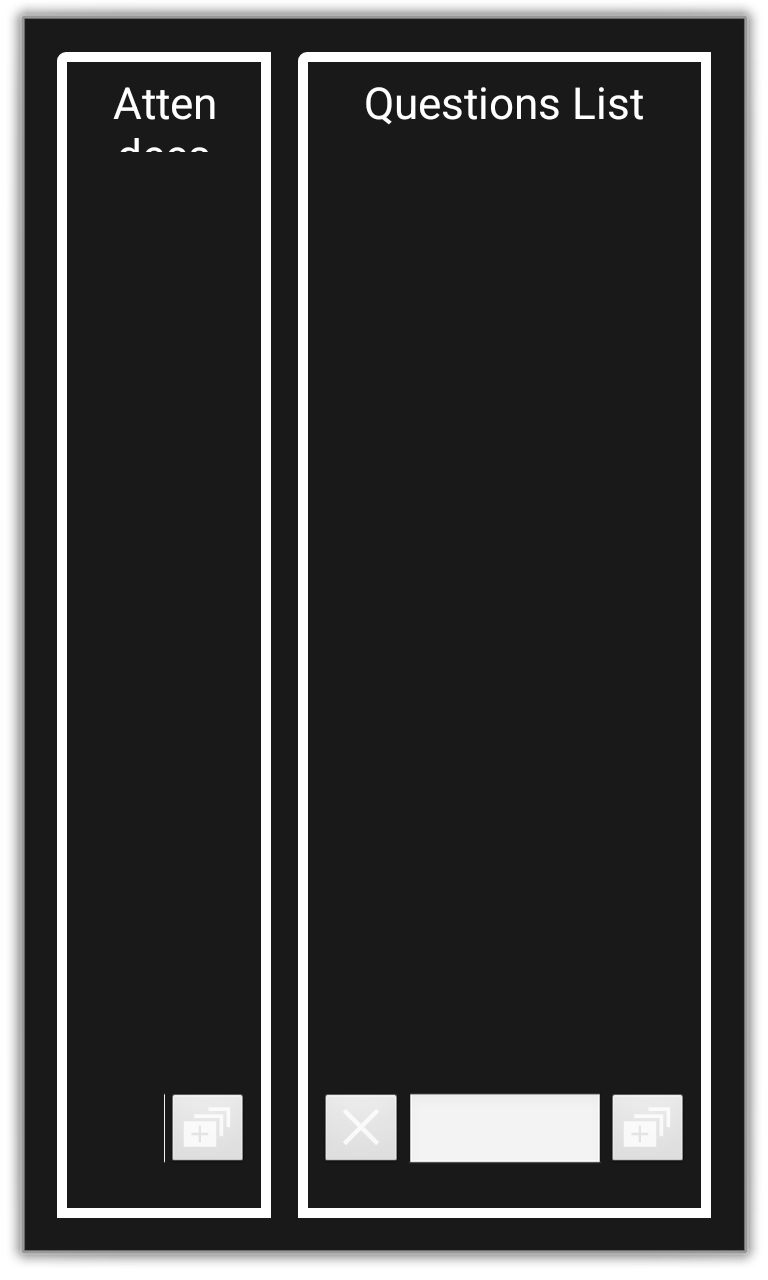
Repository: i-togui/TX
Layout: MM-Project/res/layout/activity_recorder.xml
These files come from the project's save history. The layout is drawn as it stood at one moment and after the next save; the edit follows.
It is drawn on a 768 x 1280 px phone screen (xhdpi) without system bars, with theme android:Theme.Dialog; the app's code is not run.

Above is the layout before, as saved 2013-12-31 20:39:40.

### MM-Project/res/layout/activity_recorder.xml
<LinearLayout xmlns:android="http://schemas.android.com/apk/res/android"
    xmlns:tools="http://schemas.android.com/tools"
    android:layout_width="1200dp"
    android:layout_height="600dp"
    android:paddingBottom="@dimen/activity_vertical_margin"
    android:paddingLeft="@dimen/activity_vertical_margin"
    android:paddingRight="@dimen/activity_vertical_margin"
    android:weightSum="4.0"
    android:orientation="horizontal"
    android:paddingTop="@dimen/activity_vertical_margin"
    tools:context=".RecorderActivity" >









	<LinearLayout
    android:layout_width="200dp"
    android:layout_height="fill_parent"
    android:layout_weight="1.0"
    android:weightSum="10.0"
    android:padding="10dp"
    android:background="@drawable/border"
    android:orientation="vertical" >
		<LinearLayout
	    android:layout_width="fill_parent"
	    android:layout_height="40dp"
	    android:orientation="horizontal" >
	    	<TextView
            android:id="@+id/textView2"
            android:layout_width="wrap_content"
            android:layout_height="wrap_content"
            android:layout_gravity="center_horizontal"
            android:gravity="center_horizontal"
            android:layout_weight="1.0"
            android:text="Attendees List"
            android:textAppearance="?android:attr/textAppearanceLarge"/>
		</LinearLayout>
		<LinearLayout
	    android:layout_width="fill_parent"
	    android:layout_height="470dp"
	    android:orientation="horizontal" >
	    	<RadioGroup
			android:id="@+id/items_list_attendees"
			android:layout_width="wrap_content"
			android:layout_height="match_parent"
			android:layout_marginBottom="10dp"
			android:layout_marginTop="10dp"
			android:layout_marginLeft="40dp"
			android:gravity="center_vertical"
			android:layout_gravity="center_vertical"
			/>
		</LinearLayout>
		<LinearLayout
	    android:layout_width="fill_parent"
	    android:layout_height="40dp"
	    android:weightSum="10.0"
	    android:orientation="horizontal">
	            <ImageButton
		        android:id="@+id/imageButtonremove"
		        android:layout_width="wrap_content"
		        android:layout_height="wrap_content"
		        android:layout_weight="1.0"
		        android:src="@drawable/ic_action_remove"
		        android:visibility="invisible"
		        android:onClick="removeAttendee" />
	    		<EditText
                android:id="@+id/text_attendee"
                android:layout_weight="8.0"
                android:layout_width="match_parent"
                android:layout_height="wrap_content"
                />
                <ImageButton
		        android:id="@+id/imageButton2"
		        android:layout_width="wrap_content"
		        android:layout_height="wrap_content"
		        android:layout_weight="1.0"
		        android:src="@drawable/ic_action_add_to_queue"
		        android:onClick="addAttendee" />
		</LinearLayout>
	</LinearLayout>












	<LinearLayout
    android:layout_width="200dp"
    android:layout_height="550dp"
    android:layout_weight="2.0"
    android:padding="10dp"
    android:orientation="vertical">
		<LinearLayout
	    android:layout_width="fill_parent"
	    android:layout_height="250dp"
	    android:layout_weight="1.0"
	    android:orientation="vertical">
            <TextView
            android:id="@+id/meeting_name"
            android:layout_width="wrap_content"
            android:layout_height="wrap_content"
            android:layout_gravity="center_horizontal"
            android:gravity="center_horizontal"
            android:layout_weight="1.0"
            android:text="Meeting Name"
            android:textSize="30sp"
            android:textAppearance="?android:attr/textAppearanceLarge"/>
            <ImageView
		    android:layout_width="200dp"
	        android:layout_height="150dp"
	        android:layout_weight="1.0"
	        android:layout_gravity="center_horizontal"
            android:gravity="center_horizontal"
	        android:src="@drawable/play"
	        android:id="@+id/imgView"
	        android:onClick="playOrStop"/>
            <Chronometer
	        android:id="@+id/chronometer"
	        android:layout_gravity="center_horizontal"
            android:gravity="center_horizontal"
	        android:format="%s"
	        android:layout_width="wrap_content"
	        android:layout_height="wrap_content"
	        android:textSize="40sp"/>
		</LinearLayout>
		<LinearLayout
	    android:layout_width="fill_parent"
	    android:layout_height="300dp"
	    android:layout_weight="1.0"
	    android:background="@color/whitegreyy"
	    android:orientation="horizontal">
                 <EditText
                 android:id="@+id/text_com"
                 android:layout_width="fill_parent"
                 android:layout_height="fill_parent"
                 android:gravity="top"
                  />
		</LinearLayout>
	</LinearLayout>













	<LinearLayout
    android:layout_width="300dp"
    android:layout_height="fill_parent"
    android:layout_weight="1.0"
    android:padding="10dp"
    android:background="@drawable/border"
    android:orientation="vertical">
	<LinearLayout
	    android:layout_width="fill_parent"
	    android:layout_height="40dp"
	    android:orientation="horizontal" >
	    	<TextView
            android:id="@+id/textView2"
            android:layout_width="wrap_content"
            android:layout_height="wrap_content"
            android:layout_gravity="center_horizontal"
            android:gravity="center_horizontal"
            android:layout_weight="1.0"
            android:text="Questions List"
            android:textAppearance="?android:attr/textAppearanceLarge"/>
		</LinearLayout>
		<LinearLayout
	    android:layout_width="fill_parent"
	    android:layout_height="470dp"
	    android:clickable="false"
		android:focusable="false"
	    android:orientation="horizontal" >
	    	<RadioGroup
			android:id="@+id/items_list_Questions"
			android:layout_width="wrap_content"
			android:layout_height="match_parent"
			android:layout_marginBottom="10dp"
			android:layout_marginTop="10dp"
			android:layout_marginLeft="40dp"
			android:gravity="center_vertical"
			android:layout_gravity="center_vertical"
			/>
		</LinearLayout>
		<LinearLayout
	    android:layout_width="fill_parent"
	    android:layout_height="40dp"
	    android:weightSum="10.0"
	    android:orientation="horizontal">
	            <ImageButton
		        android:id="@+id/imageButton1"
		        android:layout_width="wrap_content"
		        android:layout_height="wrap_content"
		        android:layout_weight="1.0"
		        android:src="@drawable/ic_action_remove"
		        android:onClick="removeQuestion" />
	    		<EditText
                android:id="@+id/text_question"
                android:layout_weight="8.0"
                android:layout_width="match_parent"
                android:layout_height="wrap_content"
                />
                <ImageButton
		        android:id="@+id/imageButton2"
		        android:layout_width="wrap_content"
		        android:layout_height="wrap_content"
		        android:layout_weight="1.0"
		        android:src="@drawable/ic_action_add_to_queue"
		        android:onClick="addQuestion" />
		</LinearLayout>

	</LinearLayout>

</LinearLayout>

### MM-Project/res/drawable/border.xml
<?xml version="1.0" encoding="utf-8"?>
<shape xmlns:android="http://schemas.android.com/apk/res/android"
       android:shape="rectangle">
   <stroke
        android:width="5dip"
        android:color="@android:color/white" />
    <corners
      android:radius="2dp"
      android:topRightRadius="0dp"
      android:bottomRightRadius="0dp"
      android:bottomLeftRadius="0dp" />
</shape>

### MM-Project/res/values/styles.xml
<?xml version="1.0" encoding="utf-8"?>
<resources>

    <!--
        Base application theme, dependent on API level. This theme is replaced
        by AppBaseTheme from res/values-vXX/styles.xml on newer devices.
    -->
    <style name="AppBaseTheme" parent="android:Theme.Light">
        <!--
            Theme customizations available in newer API levels can go in
            res/values-vXX/styles.xml, while customizations related to
            backward-compatibility can go here.
        -->
    </style>

    <!-- Application theme. -->
    <style name="AppTheme" parent="AppBaseTheme">
        <!-- All customizations that are NOT specific to a particular API-level can go here. -->
    </style>

    <color name="black">#FF000000</color>
    <color name="whitegrey">#FF444444</color>
    <color name="whitegreyy">#FFFFFFFF</color>
    <color name="blue">#FF0000FF</color>

    <style name="dialog_light" parent="@android:style/Theme.Dialog">
        <item name="@android:windowBackground">@color/whitegrey</item>
        <item name="@android:textColor">@color/black</item>
    </style>

    <style name="LoginFormContainer">
        <item name="android:layout_width">match_parent</item>
        <item name="android:layout_height">wrap_content</item>
        <item name="android:padding">16dp</item>
    </style>

</resources>

Loaded but not shown: MM-Project/res/values/dimens.xml (common file)

After the next save:
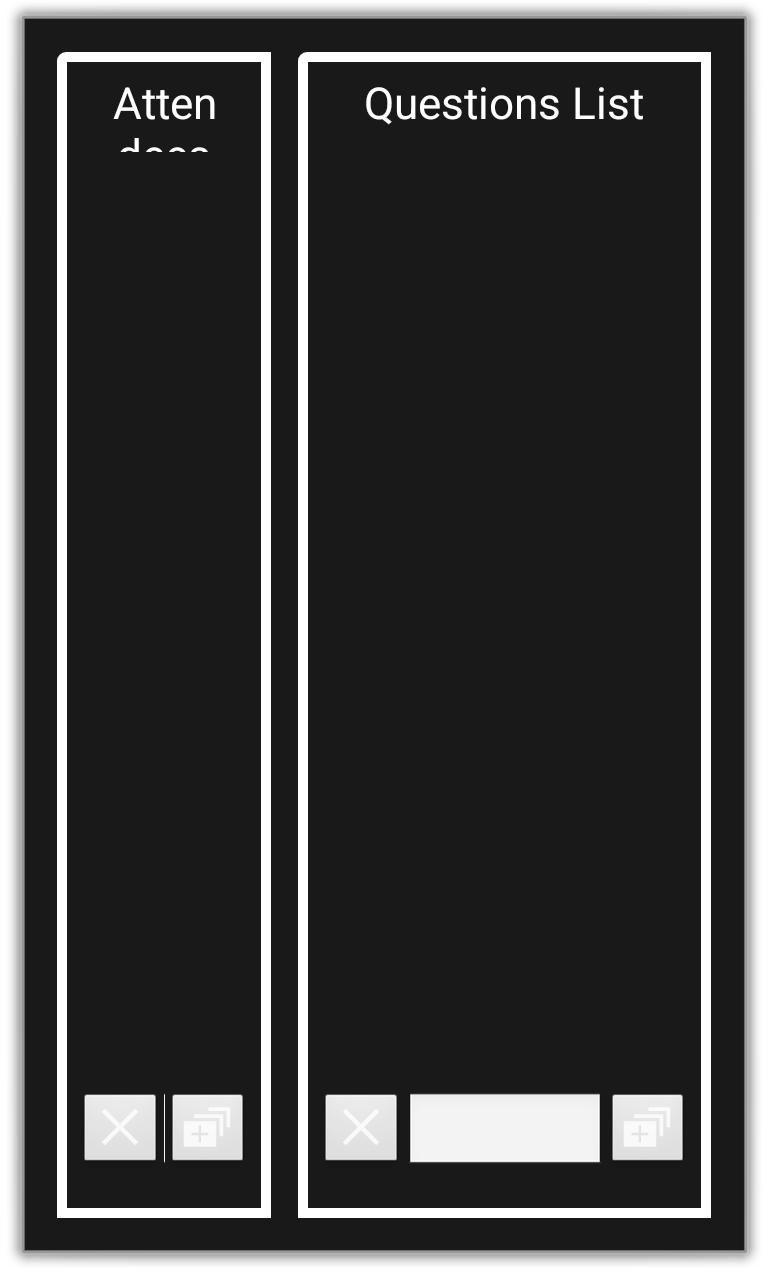
Saved 76 s later.
--- a/MM-Project/res/layout/activity_recorder.xml
+++ b/MM-Project/res/layout/activity_recorder.xml
@@ -6,6 +6,7 @@
     android:paddingLeft="@dimen/activity_vertical_margin"
     android:paddingRight="@dimen/activity_vertical_margin"
     android:weightSum="4.0"
+    android:keepScreenOn="true"
     android:orientation="horizontal"
     android:paddingTop="@dimen/activity_vertical_margin"
     tools:context=".RecorderActivity" >
@@ -66,7 +67,6 @@
 		        android:layout_height="wrap_content"
 		        android:layout_weight="1.0"
 		        android:src="@drawable/ic_action_remove"
-		        android:visibility="invisible"
 		        android:onClick="removeAttendee" />
 	    		<EditText
                 android:id="@+id/text_attendee"
